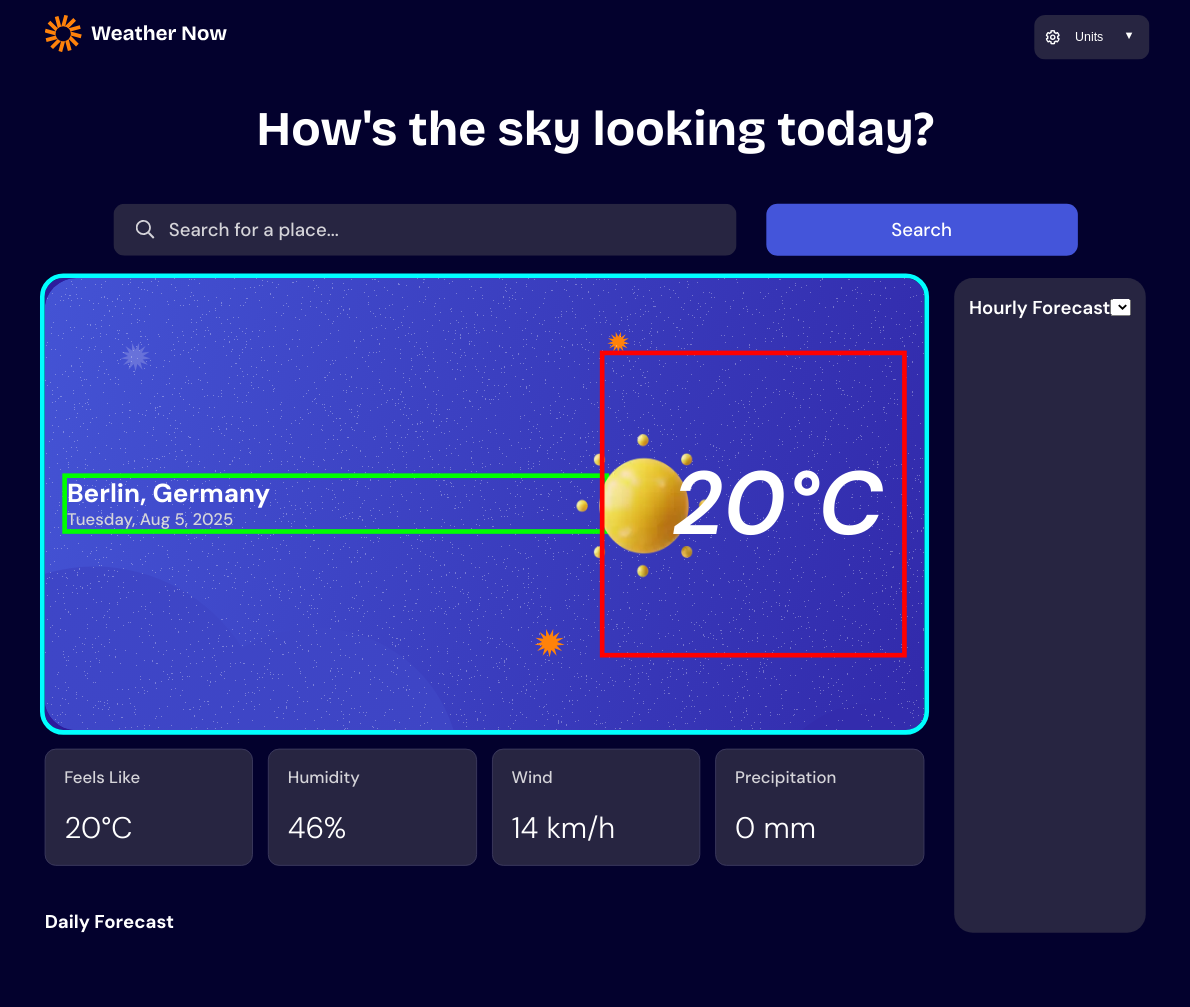
Repository: MKwaak/weather-app-main
Page: index.html
These files come from the project's save history. The page is drawn as it stood at one moment and after the next save; the edit follows.
The browser window is 1280 px wide. The pictures show the whole page, at 93% of full size.
The page's requests for data from a server got no answer.

Above is the page before, as saved 2026-01-30 00:15:48.

After the next save:
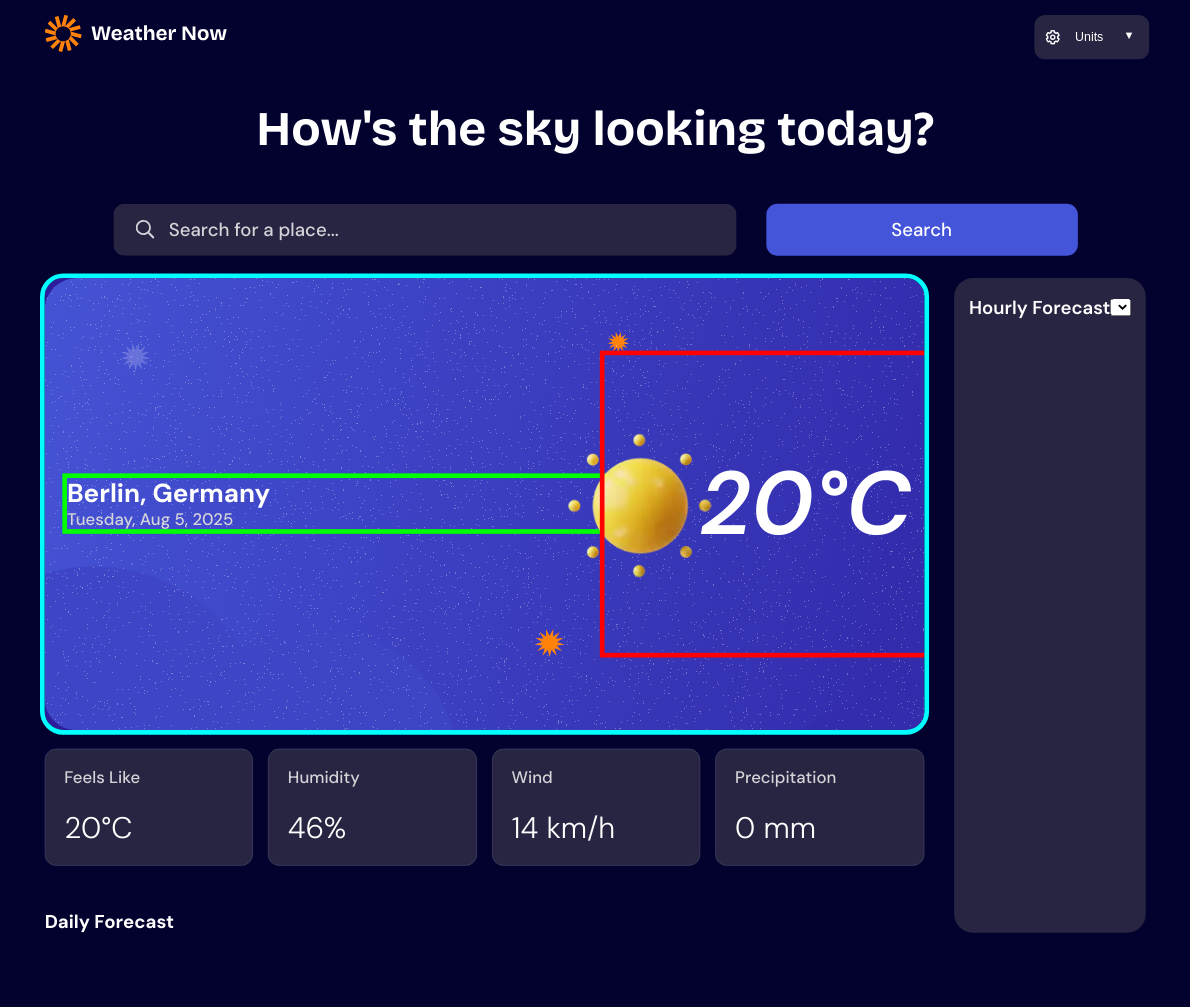
Saved 4 min 33 s later.
--- a/style.css
+++ b/style.css
@@ -474,8 +474,9 @@
         flex-direction: row; /* Icoon en Temp naast elkaar */
         justify-content: flex-end; /* Alles strak tegen de rechterkant */
         align-items: center;
-        gap: 8px; /* Maak de gap klein! */
+        gap: 32px; /* Maak de gap klein! */
         padding-right: 20px; /* Dwingt een marge vanaf de rand van de blauwe bak */
+        width: 350px;
         box-sizing: border-box;
       }
 
